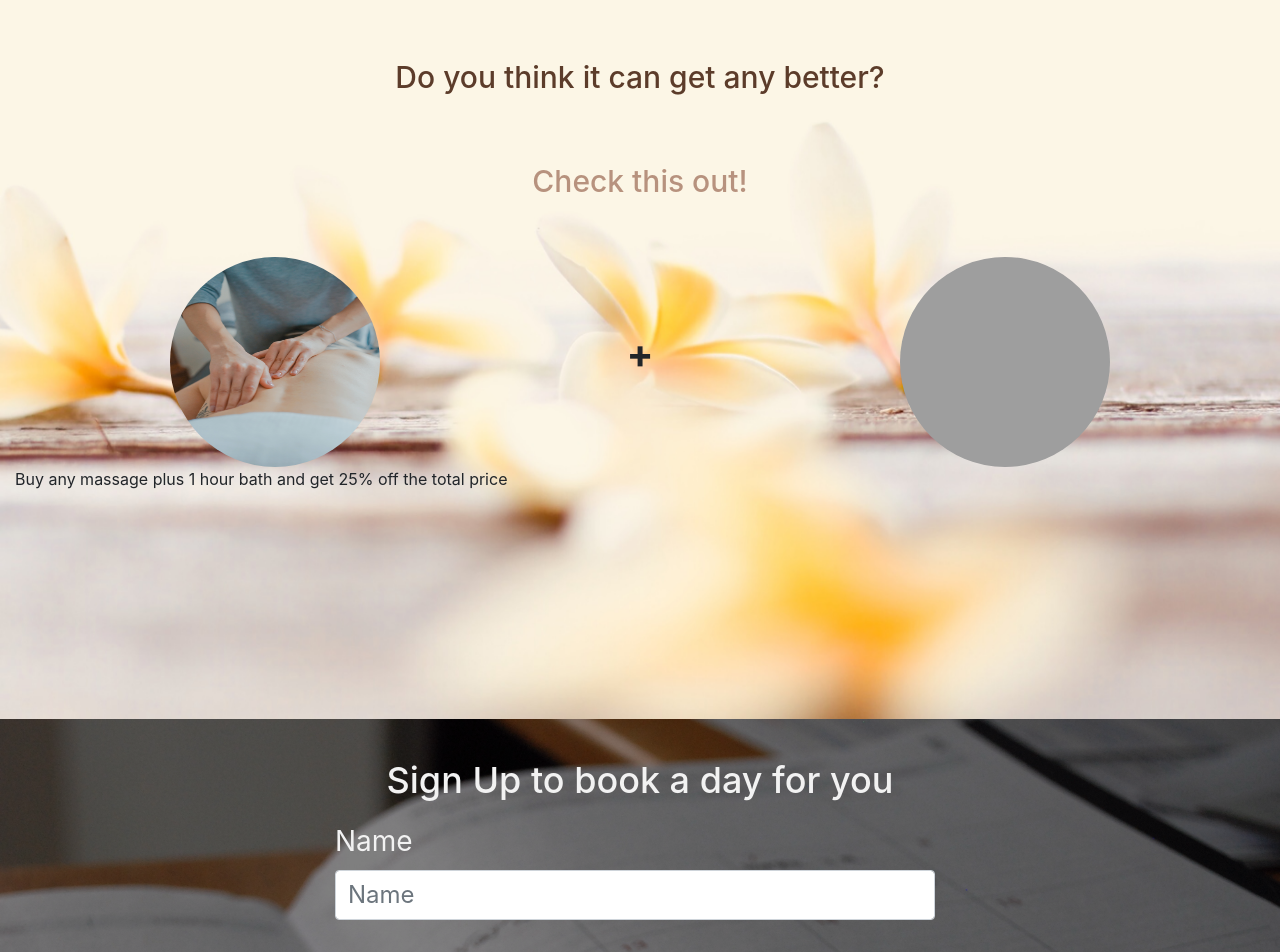
Repository: Code-Institute-Submissions/spa-website
Page: index.html
The author's editor kept a record of every edit. The page is drawn from the files as they stood at one moment, then again after the next edit.
The browser window is 1280 px wide. The pictures show the part of the page from y = 3152 to 4104 px (the page is 4728 px tall).
Pictures or frames that could not be fetched are drawn as grey boxes. Backgrounds fixed to the window are drawn as part of the page. Some web libraries are served in a nearby version.

Above is the page before.

After the next edit:
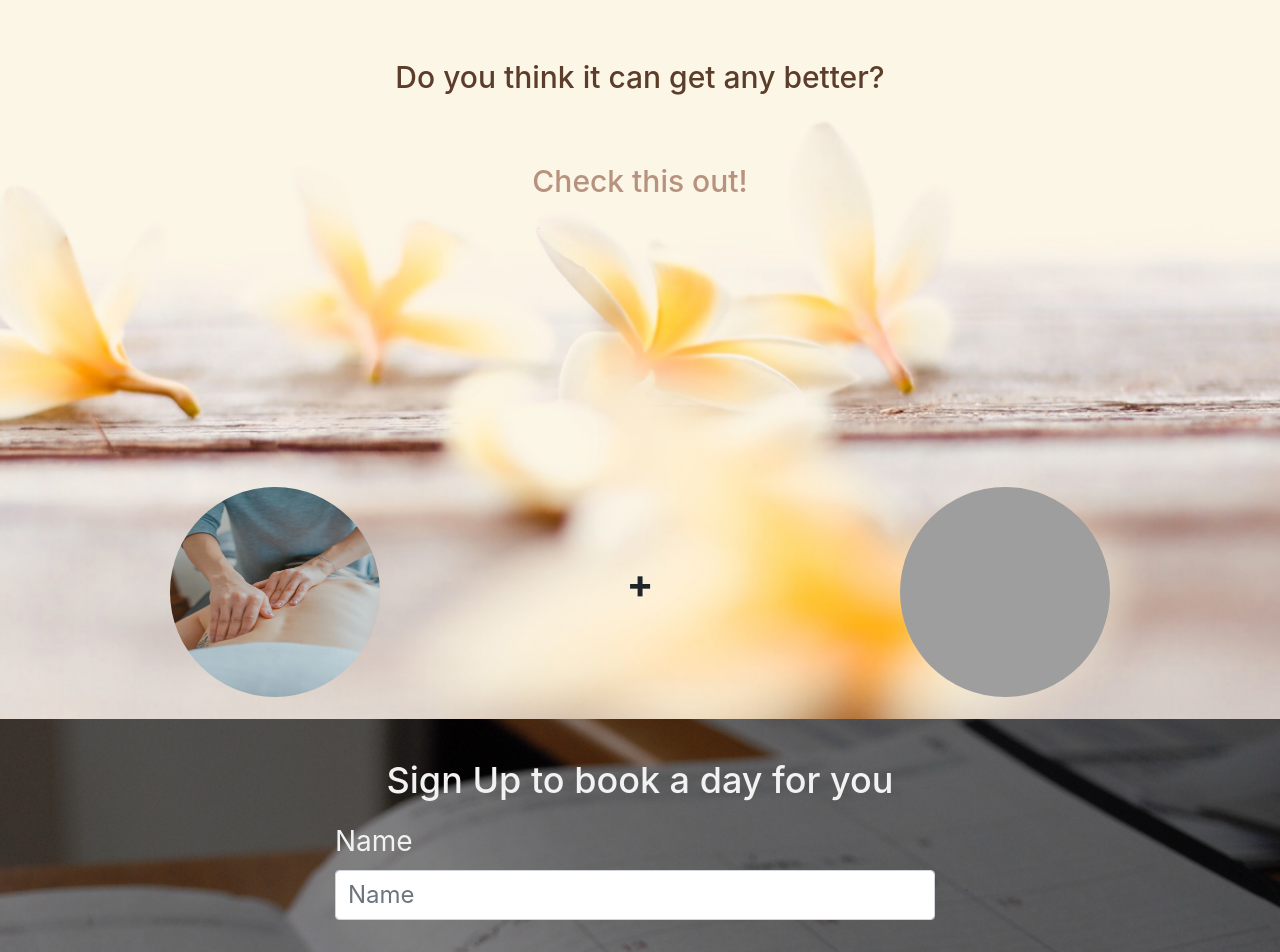
The edit:
--- a/index.html
+++ b/index.html
@@ -211,7 +211,7 @@
   <!------------------------------------Offer-------------------------------->
   <section id="offer" class="offer">
     <div id="hero-offer">
-      <div class="container-fluid">
+      <div class="container-fluid" id="wrapoffer">
         <div class="title">
           <h2 id="top">Do you think it can get any better?</h2>
           <h3 id="secondtop">Check this out!</h3>
